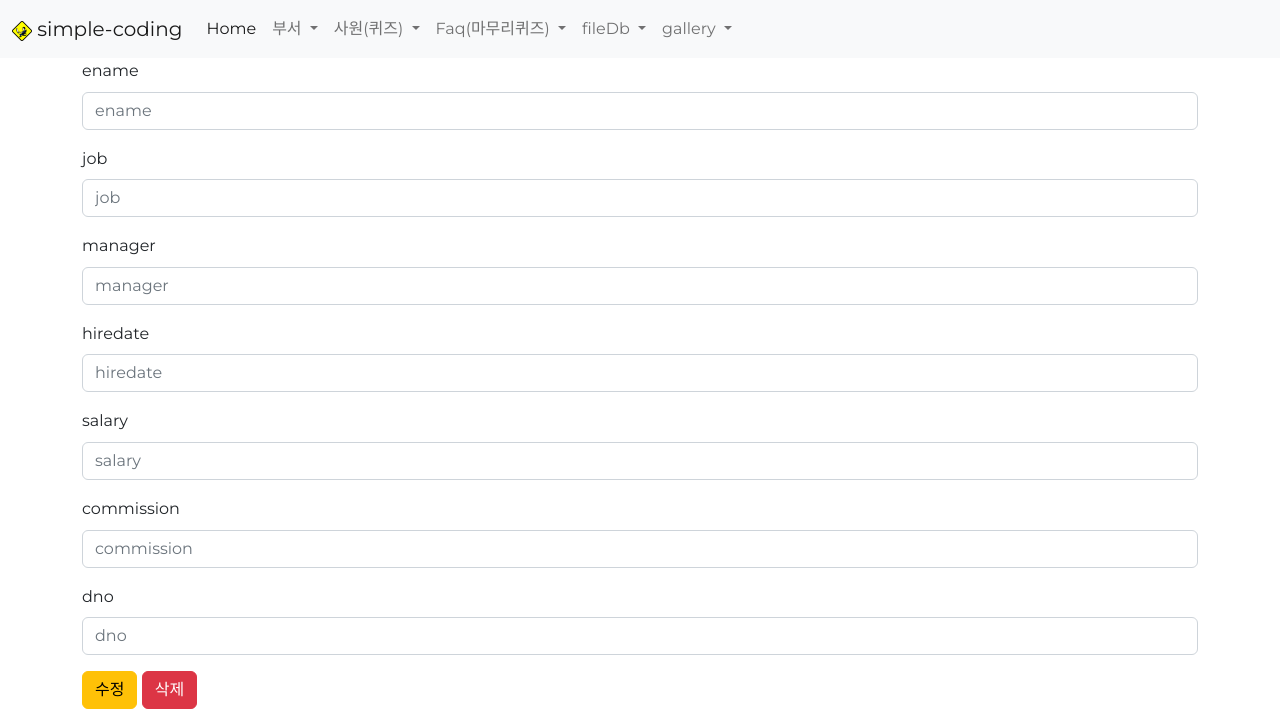
Repository: white-melody/TeamTest
Page: http://localhost/MapperExam/WEB-INF/jsp/egovframework/example/emp/update_emp.jsp
These files come from the project's save history. The page is drawn as it stood at one moment and after the next save; the edit follows.
The browser window is 1280 px wide. The pictures show the whole page.
The page is served by Tomcat 9. Nobody is signed in. Other server files are loaded and not shown. The template is opened directly, without the code that normally fills it, so the values that code supplies are empty.

Above is the page before, as saved 2025-06-25 07:14:49.

### MapperExam/src/main/webapp/WEB-INF/jsp/egovframework/example/emp/update_emp.jsp
<%@ page language="java" contentType="text/html; charset=UTF-8" pageEncoding="UTF-8"%>
<%@ taglib prefix="c"      uri="http://java.sun.com/jsp/jstl/core" %>

<html>
<head>
    <title>Title</title>
   <meta name="viewport" content="width=device-width, initial-scale=1.0">
   <!--    부트스트랩 css  -->
   <link href="https://cdn.jsdelivr.net/npm/bootstrap@5.2.3/dist/css/bootstrap.min.css" rel="stylesheet" integrity="sha384-rbsA2VBKQhggwzxH7pPCaAqO46MgnOM80zW1RWuH61DGLwZJEdK2Kadq2F9CUG65" crossorigin="anonymous">
   <!--    개발자 css -->
   <link rel="stylesheet" href="/css/style.css">

</head>
<body>
<jsp:include page="/common/header.jsp"/>
<div class="container">
    <form id="addForm" name="addForm">
     <input type="hidden" name="eno" value="<c:out value='${empVO.eno}' />">
        <div class="mb3">
            <label for="ename" class="form-label">ename</label>
            <input
                   class="form-control"
                   id="ename"
                   name="ename"
                   placeholder="ename" />
        </div>
        <div class="mb3">
            <label for="job" class="form-label">job</label>
            <input
                   class="form-control"
                   id="job"
                   name="job"
                   placeholder="job" />
        </div>
        <div class="mb3">
            <label for="manager" class="form-label">manager</label>
            <input
                   class="form-control"
                   id="manager"
                   name="manager"
                   placeholder="manager" />
        </div>
        <div class="mb3">
            <label for="hiredate" class="form-label">hiredate</label>
            <input
                   class="form-control"
                   id="hiredate"
                   name="hiredate"
                   placeholder="hiredate" />
        </div>
        <div class="mb3">
            <label for="salary" class="form-label">salary</label>
            <input
                   class="form-control"
                   id="salary"
                   name="salary"
                   placeholder="salary" />
        </div>
        <div class="mb3">
            <label for="commission" class="form-label">commission</label>
            <input
                   class="form-control"
                   id="commission"
                   name="commission"
                   placeholder="commission" />
        </div>
        <div class="mb3">
            <label for="dno" class="form-label">dno</label>
            <input
                   class="form-control"
                   id="dno"
                   name="dno"
                   placeholder="dno" />
        </div>
        <div class="mb3">
            <button class="btn btn-warning">수정</button>
            <button class="btn btn-danger">삭제</button>
        </div>
    </form>
</div>
<!-- jquery -->
<script src="https://code.jquery.com/jquery-3.3.1.min.js"></script>
<!-- 부트스트랩 js -->
<script src="https://cdn.jsdelivr.net/npm/bootstrap@5.2.3/dist/js/bootstrap.bundle.min.js" integrity="sha384-kenU1KFdBIe4zVF0s0G1M5b4hcpxyD9F7jL+jjXkk+Q2h455rYXK/7HAuoJl+0I4" crossorigin="anonymous"></script>

<jsp:include page="/common/footer.jsp"/>
</body>
</html>

### MapperExam/src/main/webapp/common/header.jsp
<%@ page contentType="text/html;charset=UTF-8" language="java" %>
<%@ taglib uri="http://java.sun.com/jsp/jstl/core" prefix="c" %>
<nav class="navbar navbar-expand-lg bg-light">
  <div class="container-fluid">
    <a class="navbar-brand" href="#">
		<img src="<c:url value='/images/simple-coding.png'/>" width="20" height="20" />
    	simple-coding
    </a>
    <button class="navbar-toggler" type="button" data-bs-toggle="collapse" data-bs-target="#navbarSupportedContent" aria-controls="navbarSupportedContent" aria-expanded="false" aria-label="Toggle navigation">
      <span class="navbar-toggler-icon"></span>
    </button>
    <div class="collapse navbar-collapse" id="navbarSupportedContent">
      <ul class="navbar-nav me-auto mb-2 mb-lg-0">
        <li class="nav-item">
          <a class="nav-link active" aria-current="page" href="#">Home</a>
        </li>
        <li class="nav-item dropdown">
          <a class="nav-link dropdown-toggle" href="#" role="button" data-bs-toggle="dropdown" aria-expanded="false">
            부서
          </a>
          <ul class="dropdown-menu">
            <li><a class="dropdown-item" href="<c:url value='/dept/dept.do'/>">Dept</a></li>
            <li><a class="dropdown-item" href="<c:url value='/dept/addition.do'/>">Add Dept</a></li>
          </ul>
        </li>
        <li class="nav-item dropdown">
          <a class="nav-link dropdown-toggle" href="#" role="button" data-bs-toggle="dropdown" aria-expanded="false">
            사원(퀴즈)
          </a>
          <ul class="dropdown-menu">
            <li><a class="dropdown-item" href="<c:url value='/emp/emp.do'/>">Emp</a></li>
            <li><a class="dropdown-item" href="<c:url value='/emp/addition.do'/>">Add Emp</a></li>
          </ul>
        </li>
        <li class="nav-item dropdown">
          <a class="nav-link dropdown-toggle" href="#" role="button" data-bs-toggle="dropdown" aria-expanded="false">
            Faq(마무리퀴즈)
          </a>
          <ul class="dropdown-menu">
            <li><a class="dropdown-item" href="<c:url value='/faq/faq.do'/>">Faq</a></li>
            <li><a class="dropdown-item" href="<c:url value='/faq/addition.do'/>">Add Faq</a></li>
          </ul>
        </li>
        <li class="nav-item dropdown">
          <a class="nav-link dropdown-toggle" href="#" role="button" data-bs-toggle="dropdown" aria-expanded="false">
            fileDb
          </a>
          <ul class="dropdown-menu">
            <li><a class="dropdown-item" href="<c:url value='/fileDb/fileDb.do'/>">fileDb</a></li>
            <li><a class="dropdown-item" href="<c:url value='/fileDb/addition.do'/>">Add fileDb</a></li>
          </ul>
        </li>
        <li class="nav-item dropdown">
          <a class="nav-link dropdown-toggle" href="#" role="button" data-bs-toggle="dropdown" aria-expanded="false">
            gallery
          </a>
          <ul class="dropdown-menu">
            <li><a class="dropdown-item" href="<c:url value='/gallery/gallery.do'/>">gallery</a></li>
            <li><a class="dropdown-item" href="<c:url value='/gallery/addition.do'/>">Add gallery</a></li>
          </ul>
        </li>
      </ul>
    </div>
  </div>
</nav>

### MapperExam/src/main/webapp/common/footer.jsp
<%@ page contentType="text/html;charset=UTF-8" language="java" %>
<%@ taglib uri="http://java.sun.com/jsp/jstl/core" prefix="c" %>
<!-- 꼬리말 : 사이트맵(링크), 주소, 전화번호 -->

### MapperExam/src/main/webapp/css/style.css
/* 공통 css: 수정하지 마시오 */
@import url('https://fonts.googleapis.com/css2?family=Montserrat:ital,wght@0,100..900;1,100..900&family=Noto+Sans+KR:wght@100..900&display=swap');

:root {
    --black: black;
    --gray: gray;
}
* {margin: 0;padding: 0;box-sizing: border-box;}
body {font-family: "Montserrat","Noto Sans KR", sans-serif;line-height: 1.6;}
li {list-style-type: none;}
a {text-decoration: none;color: var(--black);}

/* 공통 여백 정하기 */
/* 마진 위 5개 */
.mt0 {margin-top:0.25rem !important;}
.mt1 {margin-top:0.5rem !important;}
.mt2 {margin-top:0.75rem !important;}
.mt3 {margin-top:1rem !important;}
.mt4 {margin-top:1.25rem !important;}
.mt5 {margin-top:1.5rem !important;}
/* 마진 오른쪽 5개 */
.mr0 {margin-right:0.25rem !important;}
.mr1 {margin-right:0.5rem !important;}
.mr2 {margin-right:0.75rem !important;}
.mr3 {margin-right:1rem !important;}
.mr4 {margin-right:1.25rem !important;}
.mr5 {margin-right:1.5rem !important;}
/* 마진 하 5개 */
.mb0 {margin-bottom:0.25rem !important;}
.mb1 {margin-bottom:0.5rem !important;}
.mb2 {margin-bottom:0.75rem !important;}
.mb3 {margin-bottom:1rem !important;}
.mb4 {margin-bottom:1.25rem !important;}
.mb5 {margin-bottom:1.5rem !important;}
/* 마진 좌 5개 */
.ml0 {margin-left:0.25rem !important;}
.ml1 {margin-left:0.5rem !important;}
.ml2 {margin-left:0.75rem !important;}
.ml3 {margin-left:1rem !important;}
.ml4 {margin-left:1.25rem !important;}
.ml5 {margin-left:1.5rem !important;}

/* 패딩 위 5개 */
.pt0 {padding-top:0.25rem !important;}
.pt1 {padding-top:0.5rem !important;}
.pt2 {padding-top:0.75rem !important;}
.pt3 {padding-top:1rem !important;}
.pt4 {padding-top:1.25rem !important;}
.pt5 {padding-top:1.5rem !important;}
/* 패딩 오른쪽 5개 */
.pr0 {padding-right:0.25rem !important;}
.pr1 {padding-right:0.5rem !important;}
.pr2 {padding-right:0.75rem !important;}
.pr3 {padding-right:1rem !important;}
.pr4 {padding-right:1.25rem !important;}
.pr5 {padding-right:1.5rem !important;}
/* 패딩 아래 5개 */
.pb0 {padding-bottom:0.25rem !important;}
.pb1 {padding-bottom:0.5rem !important;}
.pb2 {padding-bottom:0.75rem !important;}
.pb3 {padding-bottom:1rem !important;}
.pb4 {padding-bottom:1.25rem !important;}
.pb5 {padding-bottom:1.5rem !important;}
/* 패딩 왼쪽 5개 */
.pl0 {padding-left:0.25rem !important;}
.pl1 {padding-left:0.5rem !important;}
.pl2 {padding-left:0.75rem !important;}
.pl3 {padding-left:1rem !important;}
.pl4 {padding-left:1.25rem !important;}
.pl5 {padding-left:1.5rem !important;}

/* 글자 중앙정렬 */
.tcenter{text-align: center !important;}
/* 박스 중앙정렬 */
.flex-center{display:flex !important; justify-content: center !important;}
/* float 해제 */
.clear {clear: both;}

.page {width: 99vw !important; margin: 0 auto !important;}
/* 박스 3개 배치: 핸드폰(1개) */
.col2,.col3 {width: 99% !important; padding:1% !important; display:inline-block !important;}

/* TODO: 태블릿 */
@media screen and (min-width: 768px){
    .page {width: 90vw !important;}
    /* 박스 2개 배치 */
 	.col2 {width:49% !important;}
    /* 박스 3개 배치 */
 	.col3 {width:32% !important;}
}
/* TODO: pc */
@media screen and (min-width: 1024px){
    .page {width: 60vw !important;}
}

After the next save:
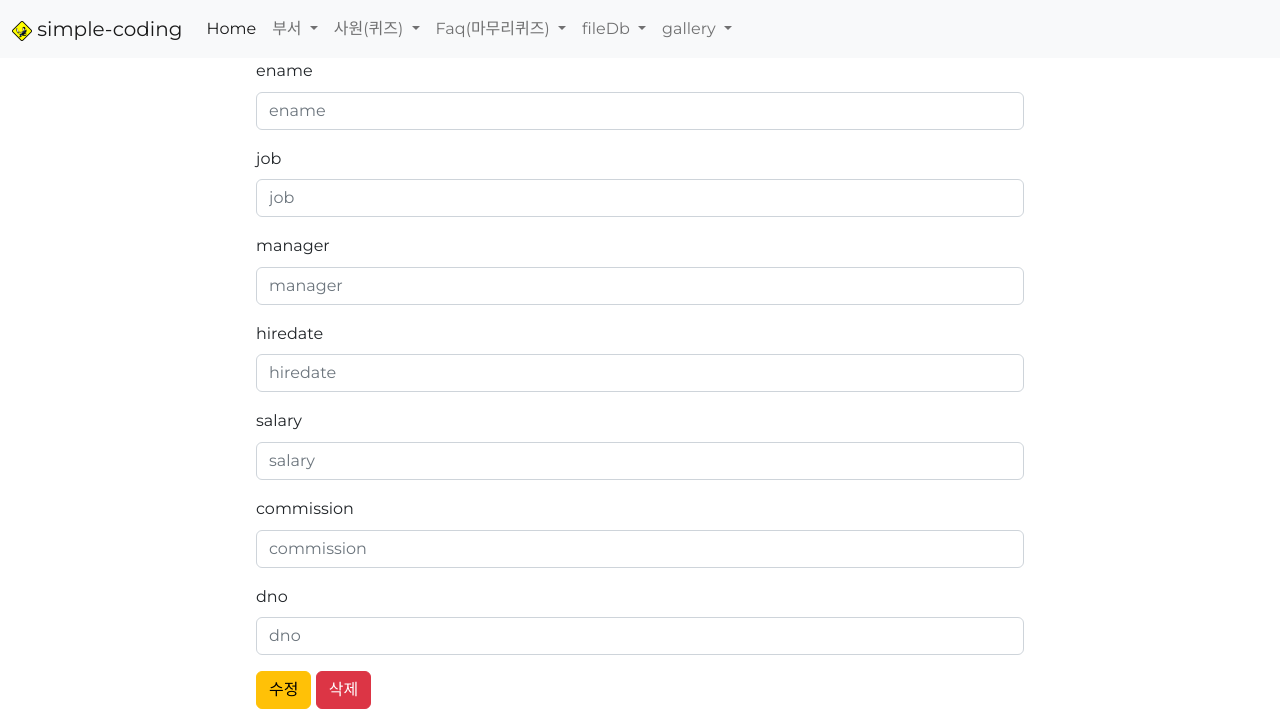
Saved 2 min 31 s later.
--- a/MapperExam/src/main/webapp/WEB-INF/jsp/egovframework/example/emp/update_emp.jsp
+++ b/MapperExam/src/main/webapp/WEB-INF/jsp/egovframework/example/emp/update_emp.jsp
@@ -13,8 +13,8 @@
 </head>
 <body>
 <jsp:include page="/common/header.jsp"/>
-<div class="container">
-    <form id="addForm" name="addForm">
+<div class="page mt3">
+    <form id="addForm" name="addForm" method="post">
      <input type="hidden" name="eno" value="<c:out value='${empVO.eno}' />">
         <div class="mb3">
             <label for="ename" class="form-label">ename</label>
